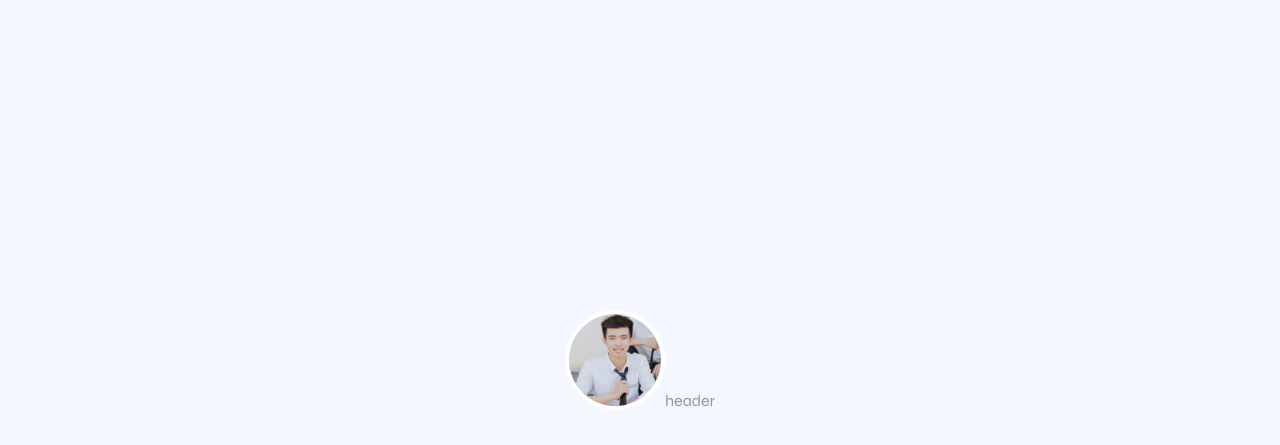
Repository: dinhhaidh/Profile
Page: index.html
These files come from the project's save history. The page is drawn as it stood at one moment and after the next save; the edit follows.
The browser window is 1280 px wide. The pictures show the whole page.
Some web libraries are served in a nearby version.

Above is the page before, as saved 2024-02-29 08:51:41.

### index.html
<!DOCTYPE html>
<html lang="en">
<head>
    <meta charset="UTF-8">
    <meta name="viewport" content="width=device-width, initial-scale=1.0">

    <!--=============== REMIXICONS ===============-->
    <link rel="stylesheet" href="https://cdnjs.cloudflare.com/ajax/libs/remixicon/4.0.1/remixicon.css">

    <!--=============== CSS ===============-->
    <link rel="stylesheet" href="style.css">

    <title>Profile card with tooltip</title>
</head>
<body>
    <div class="container">
        <article class="card__article">
            <div class="card__profile">
                <img src="./img/img.jpg" alt="image" class="card__profile-img">
            </div>

            <div class="card__tooltip">
                <div class="card__content">
                    header
                </div>
            </div>
        </article>
    </div>
</body>
</html>

### style.css
/*=============== GOOGLE FONTS ===============*/
@import url("https://fonts.googleapis.com/css2?family=Syne:wght@400;500;600&display=swap");

/*=============== VARIABLES CSS ===============*/
:root {
    /*========== Colors ==========*/
    /*Color mode HSL(hue, saturation, lightness)*/
    --first-color: hsl(230, 100%, 50%);
    --second-color: hsl(150, 100%, 38%);
    --title-color: hsl(230, 24%, 12%);
    --text-color: hsl(230, 4%, 60%);
    --gray-color: hsl(230, 24%, 88%);
    --border-color: hsl(230, 4%, 92%);
    --body-color: hsl(230, 100%, 98%);
    --container-color: hsl(0, 0%, 100%);

    /*========== Font and typography ==========*/
    /*.5rem = 8px | 1rem = 16px ...*/
    --body-font: "Syne", sans-serif;
    --h2-font-size: 1.25rem;
    --normal-font-size: 1rem;
}

/*=============== BASE ===============*/
* {
    box-sizing: border-box;
    padding: 0;
    margin: 0;
}

body {
    font-family: var(--body-font);
    font-size: var(--normal-font-size);
    background-color: var(--body-color);
    color: var(--text-color);
}

a {
    text-decoration: none;
}

img {
    display: block;
    max-width: 100%;
    height: auto;
}

/*=============== CARD ===============*/
.container{
    height: 100vh;
    display: grid;
    place-items: center;
    margin-inline: 1.5rem;
    padding-block: 7rem;
}
.card__article{
    position: relative;
    align-items: flex-end;
    display: flex;
    justify-content: center;
}
.card__profile{
    width: 100px;
    height: 100px;
    background-color: var(--gray-color);
    border-radius: 50%;
    overflow: hidden;
    display:flex;
    align-items: flex-end;
    justify-content: center;
    border: 4px solid var(--container-color);
    z-index: 5;
}
.card__profile-img{
    width: 95px;
}

/* Scale profile image */


/* Show tooltip card */


/*=============== BREAKPOINTS ===============*/
/* For medium devices */

After the next save:
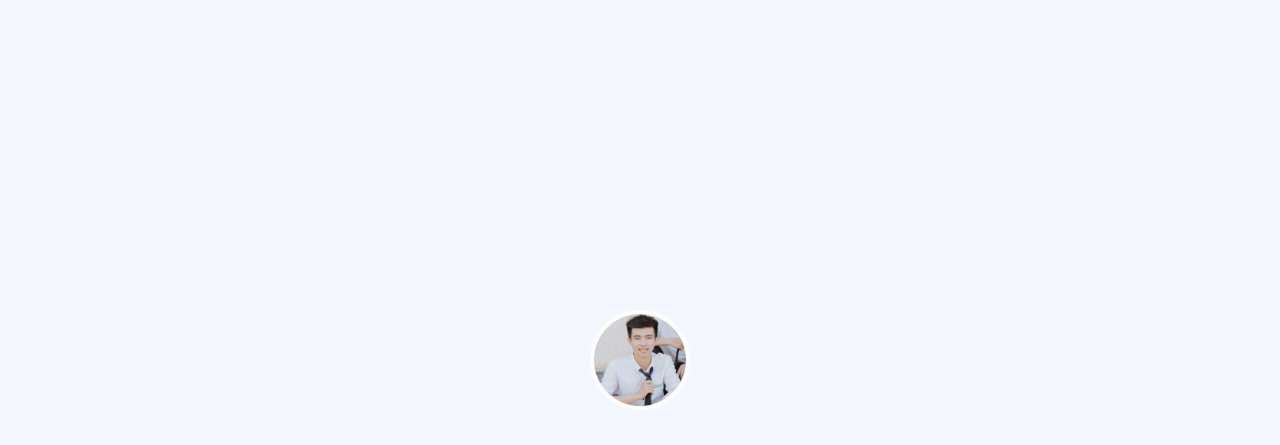
Saved 4 s later.
--- a/index.html
+++ b/index.html
@@ -21,7 +21,9 @@
 
             <div class="card__tooltip">
                 <div class="card__content">
-                    header
+                    <header>
+
+                    </header>
                 </div>
             </div>
         </article>
